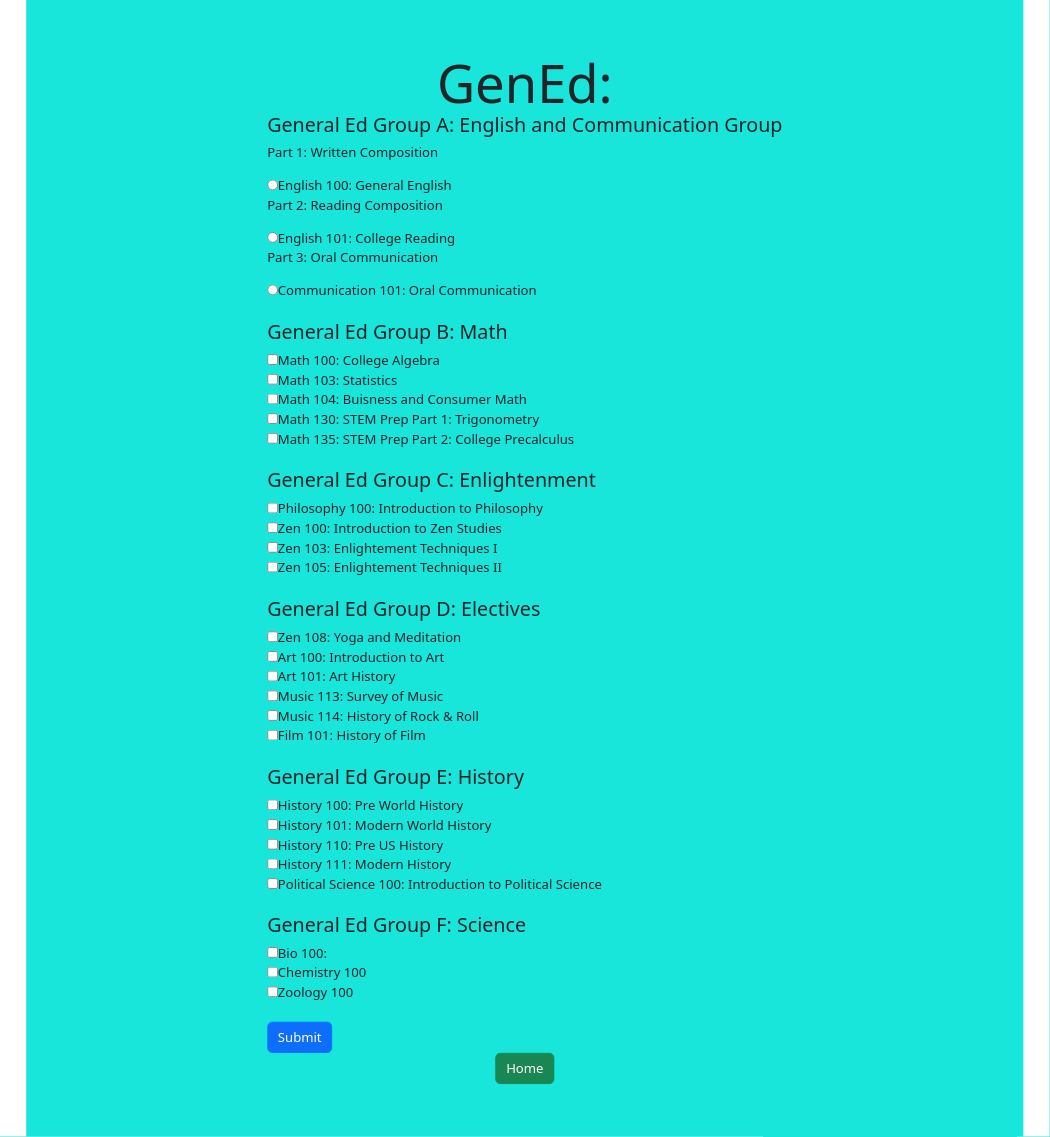
Repository: collegedude9300/zenschool
Page: /GenEd
The author's editor kept a copy of each file at every save. The page is drawn from the files as they stood at one save, then again after the next save.
The browser window is 1280 px wide. The pictures show the whole page, at 82% of full size.
The project was rebuilt for these pictures with package versions that can differ from the ones it lists, and the page was loaded fresh each time. The framework's server and built-in components were replaced by stand-ins that run in the browser. Also part of the build but not shown: next.config.js.

Above is the page before, as saved 2022-10-30 20:59:13.

### pages/GenEd.js
import Head from 'next/head'
import Image from 'next/image'
import styles from '../styles/Home.module.css'
import 'bootstrap/dist/css/bootstrap.css'
import Link from 'next/link';
export default function GenEd() {
return(
//class choices form
<div className={styles.container}>
<Head>
<title>GenEd</title>
<meta name="description" content="Generated by create next app" />
<link rel="icon" href="/favicon.png" />
</Head>
<main className={styles.gened}>
<h1 className={styles.title}>
GenEd:
</h1>
<form>
<h4>General Ed Group A: English and Communication Group </h4>
<p> Part 1: Written Composition</p>
<input type="radio" id="English 100" name="English 100" value="English 100"/>
<label for="English 100"> English 100: General English </label><br/>
<p>Part 2: Reading Composition</p>
<input type="radio" id="English 101" name="English 101" value="English 101"/>
<label for="English 101"> English 101: College Reading</label><br/>
<p>Part 3: Oral Communication</p>
<input type="radio" id="Communication 101" name="Communication 101" value="Communication 101"/>
<label for="Communication 101"> Communication 101: Oral Communication</label><br/>
<br/>
<h4>General Ed Group B: Math </h4>
<input type="checkbox" id="Math 100" name="Math 100" value="Math 100"/>
<label for="Math 100"> Math 100: College Algebra</label><br/>
<input type="checkbox" id="Math 103" name="Math 103" value="Math 103"/>
<label for="Math 103"> Math 103: Statistics</label><br/>
<input type="checkbox" id="Math 104" name="Math 104" value="Math 104"/>
<label for="Math 104"> Math 104: Buisness and Consumer Math</label><br/>
<input type="checkbox" id="Math 130" name="Math 130" value="Math 130"/>
<label for="Math 130"> Math 130: STEM Prep Part 1: Trigonometry</label><br/>
<input type="checkbox" id="Math 135" name="Math 135" value="Math 135"/>
<label for="Math 135"> Math 135:  STEM Prep Part 2: College Precalculus</label><br/>
<br/>
<h4>General Ed Group C: Enlightenment </h4>
<input type="checkbox" id="Philosophy 100" name="Philosophy 100" value="Philosophy 100"/>
<label for="Philosophy 100"> Philosophy 100: Introduction to Philosophy</label><br/>
<input type="checkbox" id="Zen 100" name="Zen 100" value="Zen 100"/>
<label for="Zen 100"> Zen 100: Introduction to Zen Studies</label><br/>
<input type="checkbox" id="Zen 103" name="Zen 103" value="Zen 103"/>
<label for="Zen 103"> Zen 103: Enlightement Techniques I</label><br/>
<input type="checkbox" id="Zen 105" name="Zen 105" value="Zen 105"/>
<label for="Zen 105"> Zen 105: Enlightement Techniques II</label><br/>
<br/>
<h4>General Ed Group D: Electives </h4>
<input type="checkbox" id="Zen 108" name="Zen 108" value="Zen 108"/>
<label for="Zen 108"> Zen 108: Yoga and Meditation</label><br/>
<input type="checkbox" id="Art 100" name="Art 100" value="Art 100"/>
<label for="Art 100"> Art 100: Introduction to Art</label><br/>
<input type="checkbox" id="Art 101" name="Art 101" value="Art 101"/>
<label for="Art 101"> Art 101: Art History</label><br/>
<input type="checkbox" id="Music 113" name="Music 113" value="Music 113"/>
<label for="Music 113"> Music 113: Survey of Music</label><br/>
<input type="checkbox" id="Music 114" name="Music 114" value="Music 114"/>
<label for="Music 114"> Music 114: History of Rock & Roll</label><br/>
<input type="checkbox" id="Film 101" name="Film 101" value="Film 101"/>
<label for="Film 101"> Film 101: History of Film</label><br/>
<br/>
<h4>General Ed Group E: History </h4>
<input type="checkbox" id="History 100" name="History 100" value="History 100"/>
<label for="History 100"> History 100: Pre World History</label><br/>
<input type="checkbox" id="History 101" name="History 101" value="History 101"/>
<label for="History 101"> History 101: Modern World History</label><br/>
<input type="checkbox" id="History 110" name="History 110" value="History 110"/>
<label for="History 110"> History 110: Pre US History</label><br/>
<input type="checkbox" id="History 111" name="History 111" value="History 111"/>
<label for="History 111"> History 111: Modern History</label><br/>
<input type="checkbox" id="Pol-Science 100" name="Pol-Science 100" value="Pol-Science 100"/>
<label for="Pol-Science 100"> Political Science 100: Introduction to Political Science</label><br/>
<br/>
<h4>General Ed Group F: Science </h4>
<input type="checkbox" id="Bio 100" name="Bio 100" value="Bio 100"/>
<label for="Bio 100"> Bio 100: </label><br/>
<input type="checkbox" id="Chemistry 100" name="Chemistry 100" value="Chemistry 100"/>
<label for="Chemistry 100"> Chemistry 100</label><br/>
<input type="checkbox" id="Zoology 100" name="Zoology 100" value="Zoology 100"/>
<label for="Zoology 100"> Zoology 100</label><br/>
<br/>
<button type="submit" className="btn btn-primary">Submit</button>
</form>
<Link legacyBehavior href="/">
        <a className="btn btn-success">Home</a>
        </Link>
</main>
      </div>
)}

### styles/Home.module.css
.container {
  padding: 0 2rem;
}
.main {
  min-height: 100vh;
  padding: 4rem 0;
  flex: 1;
  display: flex;
  flex-direction: column;
  justify-content: center;
  align-items: center;
  background-color: #ecf025;
}
.classpage {
  min-height: 100vh;
  padding: 4rem 0;
  flex: 1;
  display: flex;
  flex-direction: column;
  justify-content: center;
  align-items: center;
  background-color: #67ff02;
}
.gened {
  min-height: 100vh;
  padding: 4rem 0;
  flex: 1;
  display: flex;
  flex-direction: column;
  justify-content: center;
  align-items: center;
  background-color: #18e6db;
}
.login {
  min-height: 100vh;
  padding: 4rem 0;
  flex: 1;
  display: flex;
  flex-direction: column;
  justify-content: center;
  align-items: center;
  background-color: #ffc400;
}
.footer {
  display: flex;
  flex: 1;
  padding: 2rem 0;
  border-top: 1px solid #eaeaea;
  justify-content: center;
  align-items: center;
}

.footer a {
  display: flex;
  justify-content: center;
  align-items: center;
  flex-grow: 1;
}

.title a {
  color: #0070f3;
  text-decoration: none;
}

.title a:hover,
.title a:focus,
.title a:active {
  text-decoration: underline;
}

.title {
  margin: 0;
  line-height: 1.15;
  font-size: 4rem;
}

.title,
.description {
  text-align: center;
}

.description {
  margin: 4rem 0;
  line-height: 1.5;
  font-size: 1.5rem;
}

.code {
  background: #fafafa;
  border-radius: 5px;
  padding: 0.75rem;
  font-size: 1.1rem;
  font-family: Menlo, Monaco, Lucida Console, Liberation Mono, DejaVu Sans Mono,
    Bitstream Vera Sans Mono, Courier New, monospace;
}

.grid {
  display: flex;
  align-items: center;
  justify-content: center;
  flex-wrap: wrap;
  max-width: 800px;
}

.card {
  margin: 1rem;
  padding: 1.5rem;
  text-align: left;
  color: inherit;
  text-decoration: none;
  border: 1px solid #eaeaea;
  border-radius: 10px;
  transition: color 0.15s ease, border-color 0.15s ease;
  max-width: 300px;
}

.card:hover,
.card:focus,
.card:active {
  color: #0070f3;
  border-color: #0070f3;
}

.card h2 {
  margin: 0 0 1rem 0;
  font-size: 1.5rem;
}

.card p {
  margin: 0;
  font-size: 1.25rem;
  line-height: 1.5;
}

.logo {
  height: 1em;
  margin-left: 0.5rem;
}

@media (max-width: 600px) {
  .grid {
    width: 100%;
    flex-direction: column;
  }
}

@media (prefers-color-scheme: dark) {
  .card,
  .footer {
    border-color: #222;
  }
  .code {
    background: #111;
  }
  .logo img {
    filter: invert(1);
  }
}

Loaded but not shown: pages/_app.js (common file); styles/globals.css (common file)

After the next save:
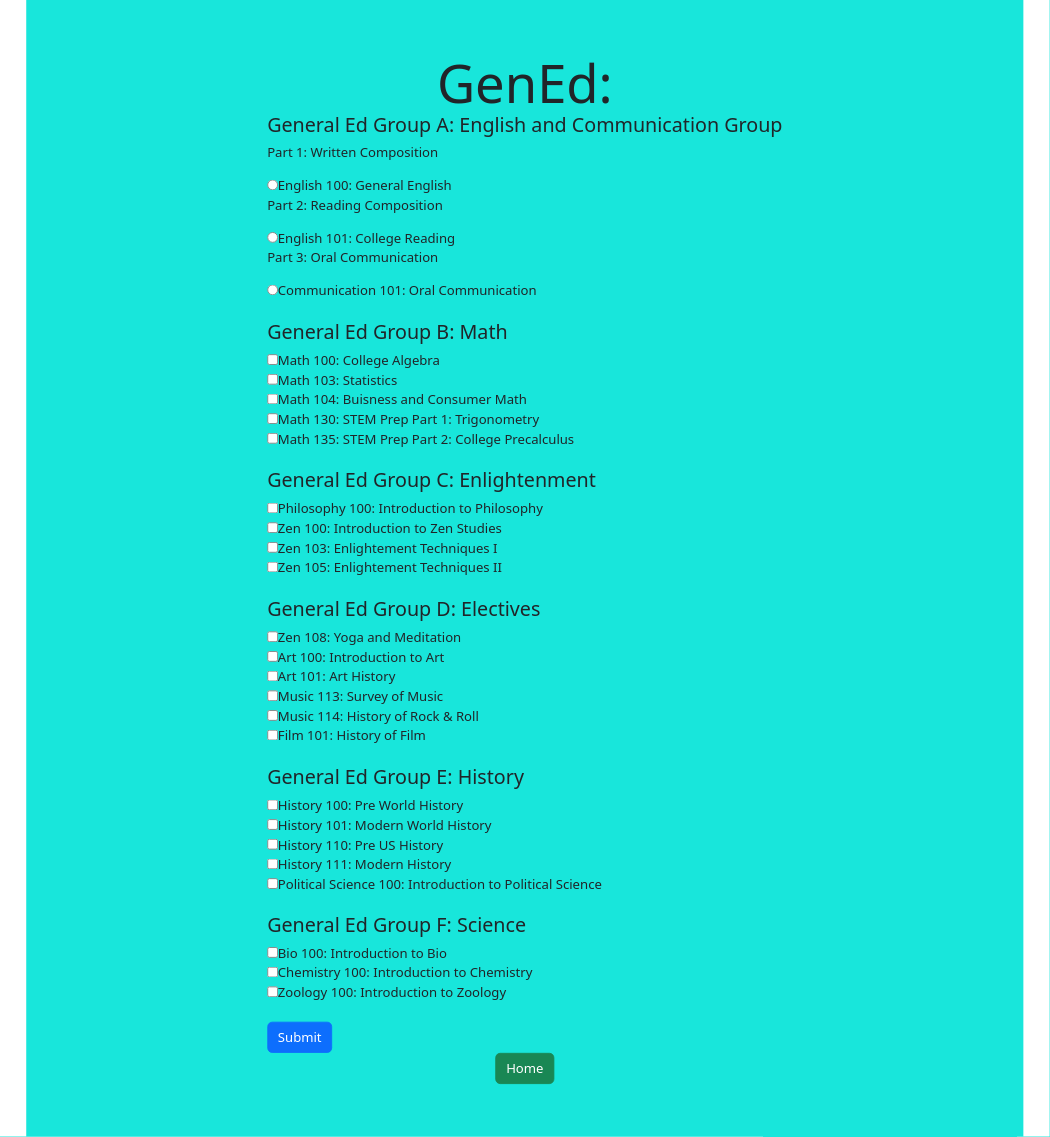
Saved 25 s later.
--- a/pages/GenEd.js
+++ b/pages/GenEd.js
@@ -78,11 +78,11 @@
 <br/>
 <h4>General Ed Group F: Science </h4>
 <input type="checkbox" id="Bio 100" name="Bio 100" value="Bio 100"/>
-<label for="Bio 100"> Bio 100: </label><br/>
+<label for="Bio 100"> Bio 100: Introduction to Bio</label><br/>
 <input type="checkbox" id="Chemistry 100" name="Chemistry 100" value="Chemistry 100"/>
-<label for="Chemistry 100"> Chemistry 100</label><br/>
+<label for="Chemistry 100"> Chemistry 100: Introduction to Chemistry</label><br/>
 <input type="checkbox" id="Zoology 100" name="Zoology 100" value="Zoology 100"/>
-<label for="Zoology 100"> Zoology 100</label><br/>
+<label for="Zoology 100"> Zoology 100: Introduction to Zoology</label><br/>
 <br/>
 <button type="submit" className="btn btn-primary">Submit</button>
 </form>
